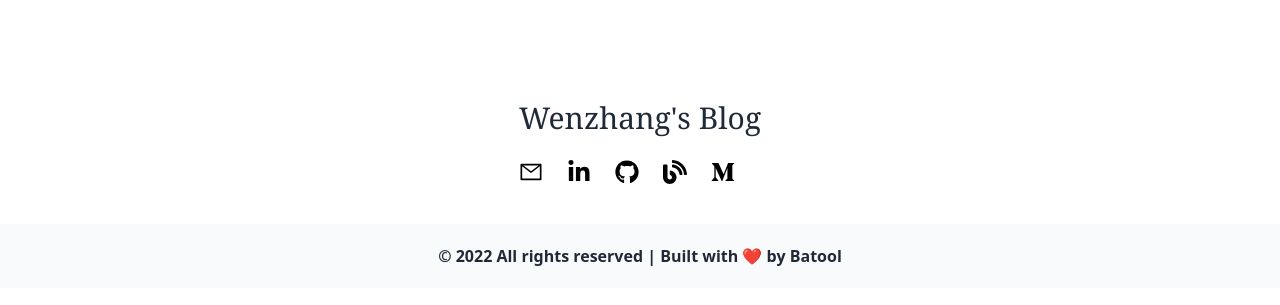
Repository: RealWenzhangGe/Wenzhang-s-Blog
Page: /components/Footer
The author's editor kept a copy of each file at every save. The page is drawn from the files as they stood at one save, then again after the next save.
The browser window is 1280 px wide. The pictures show the whole page.
The project was rebuilt for these pictures with package versions that can differ from the ones it lists, and the page was loaded fresh each time. The framework's server and built-in components were replaced by stand-ins that run in the browser. Also part of the build but not shown: next.config.js.

Above is the page before, as saved 2023-02-26 17:07:46.

### pages/components/Footer.tsx
import { AiOutlineMail } from "react-icons/ai";
import { FaLinkedinIn, FaGithub, FaBlog, FaMediumM } from "react-icons/fa";

function Footer() {
 return (
   <>
     <div
       className="flex flex-col items-start justify-around w-full h-auto pt-20 md:flex-row"
       id="contact"
     >
       <div className="p-5 ">
         <ul>
           <p className="pb-6 font-serif text-3xl text-center text-gray-800 cursor-pointer">
             Wenzhang's Blog
           </p>
           <div className="flex gap-6 pb-5">
             <a href="mailto:wenzhangge06@qq.com">
               {" "}
               <AiOutlineMail className="text-2xl cursor-pointer hover:text-gray-600" />
             </a>
             <a
               href="https://www.linkedin.com/in/batool-ragayah/"
               target="_blank"
             >
               {" "}
               <FaLinkedinIn className="text-2xl cursor-pointer hover:text-blue-600" />
             </a>
             <a href="https://github.com/BatoolBtoush" target="_blank">
               {" "}
               <FaGithub className="text-2xl cursor-pointer hover:text-gray-600" />
             </a>
             <a href="https://hashnode.com/@batool" target="_blank">
               {" "}
               <FaBlog className="text-2xl cursor-pointer hover:text-blue-600" />
             </a>
             <a href="https://medium.com/@batoolragayah" target="_blank">
               {" "}
               <FaMediumM className="text-2xl cursor-pointer hover:text-yellow-600" />
             </a>
           </div>
         </ul>
       </div>
     </div>
     <div className="flex flex-col items-center justify-center p-5 text-center bg-gray-50">
       <h1 className="font-semibold text-gray-800 ">
         © 2022 All rights reserved | Built with ❤ by{" "}
         <span className="font-semibold cursor-pointer hover:text-blue-600">
           Batool{" "}
         </span>
       </h1>
     </div>
   </>
 );
}

export default Footer;

Loaded but not shown: pages/_app.tsx (common file); styles/globals.css (common file); tailwind.config.js (common file)

After the next save:
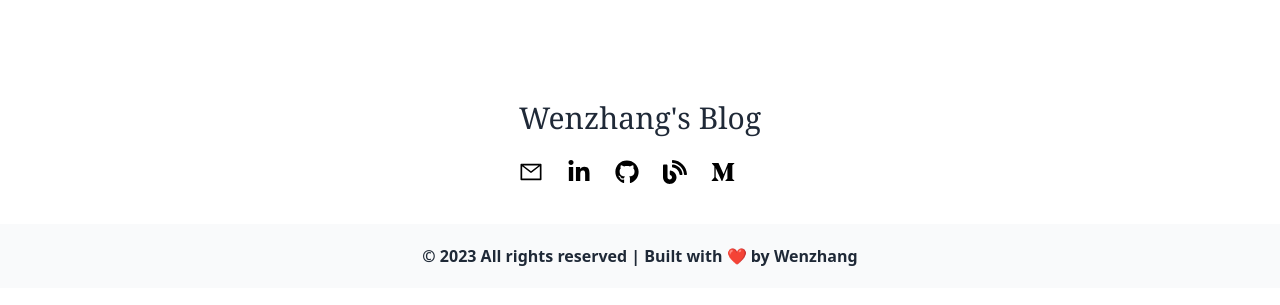
Saved 76 s later.
--- a/pages/components/Footer.tsx
+++ b/pages/components/Footer.tsx
@@ -43,9 +43,9 @@ function Footer() {
      </div>
      <div className="flex flex-col items-center justify-center p-5 text-center bg-gray-50">
        <h1 className="font-semibold text-gray-800 ">
-         © 2022 All rights reserved | Built with ❤ by{" "}
+         © 2023 All rights reserved | Built with ❤ by{" "}
          <span className="font-semibold cursor-pointer hover:text-blue-600">
-           Batool{" "}
+           Wenzhang{" "}
          </span>
        </h1>
      </div>
